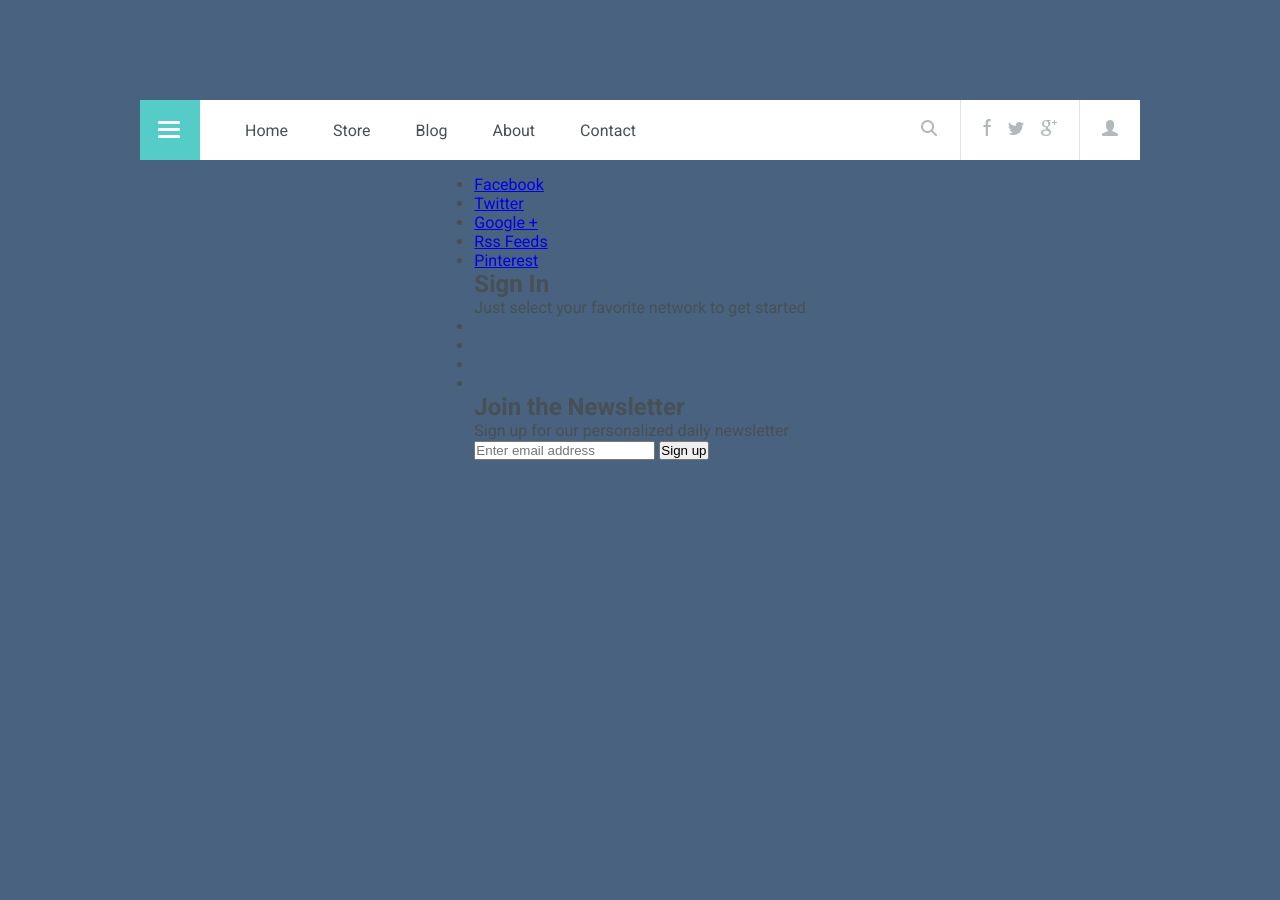
Repository: pawelczubak/WeeklyWebDevChallenge
Page: Challenge_4/index.html
An editor plug-in stored every save of this project. The page is shown before and after the next save, followed by the edit.
The browser window is 1280 px wide. The pictures show the whole page.
Some web libraries are served in a nearby version.

Above is the page before, as saved 2020-04-27 19:29:14.

### Challenge_4/index.html
<!DOCTYPE html>
<html lang="en">

<head>
    <meta charset="UTF-8">
    <meta name="viewport" content="width=device-width, initial-scale=1.0">

    <title>Weekly WebDev Challenge - 4</title>

    <link href="https://fonts.googleapis.com/css2?family=Roboto:wght@300;400;700&display=swap" rel="stylesheet">
    <script src="https://kit.fontawesome.com/f64caa1a2c.js" crossorigin="anonymous"></script>

    <meta name="viewport" content="width = device-width, initial-scale=1, user-scalable=yes">
    <link rel="stylesheet" href="css/main.css">
</head>

<body>
    <div class="container">
        <!--  -----  NAVIGATION START  -----  -->
        <nav class="nav">
            <div class="nav-button">

                <svg xmlns="http://www.w3.org/2000/svg" xmlns:xlink="http://www.w3.org/1999/xlink" width="0.24in"
                    height="0.18in">
                    <path fill-rule="evenodd" fill="rgb(255, 255, 255)"
                        d="M20.653,17.008 L1.347,17.008 C0.603,17.008 -0.000,16.417 -0.000,15.690 L-0.000,15.372 C-0.000,14.644 0.603,14.055 1.347,14.055 L20.653,14.055 C21.397,14.055 22.000,14.644 22.000,15.372 L22.000,15.690 C22.000,16.417 21.397,17.008 20.653,17.008 ZM20.653,9.980 L1.347,9.980 C0.603,9.980 -0.000,9.390 -0.000,8.662 L-0.000,8.344 C-0.000,7.617 0.603,7.027 1.347,7.027 L20.653,7.027 C21.397,7.027 22.000,7.617 22.000,8.344 L22.000,8.662 C22.000,9.390 21.397,9.980 20.653,9.980 ZM20.653,2.952 L1.347,2.952 C0.603,2.952 -0.000,2.362 -0.000,1.635 L-0.000,1.317 C-0.000,0.589 0.603,-0.001 1.347,-0.001 L20.653,-0.001 C21.397,-0.001 22.000,0.589 22.000,1.317 L22.000,1.635 C22.000,2.362 21.397,2.952 20.653,2.952 Z" />
                </svg>

            </div>
            <ul class="nav-list">
                <li class="nav-list__item"><a href="#" class="nav-list__link">Home</a></li>
                <li class="nav-list__item"><a href="#" class="nav-list__link">Store</a></li>
                <li class="nav-list__item"><a href="#" class="nav-list__link">Blog</a></li>
                <li class="nav-list__item"><a href="#" class="nav-list__link">About</a></li>
                <li class="nav-list__item"><a href="#" class="nav-list__link">Contact</a></li>
            </ul>
            <div class="nav-icons">
                <div class="nav-icons__search">
                    <a href="#" class="nav-link__icon">
                        <svg xmlns="http://www.w3.org/2000/svg" xmlns:xlink="http://www.w3.org/1999/xlink"
                            width="0.18in" height="0.17in">
                            <path class="nav-icons__svg" fill-rule="evenodd" fill="rgb(178, 185, 189)"
                                d="M15.728,14.309 L11.786,10.388 C12.600,9.303 13.088,7.963 13.088,6.504 C13.088,2.908 10.157,-0.006 6.541,-0.006 C2.926,-0.006 -0.005,2.908 -0.005,6.504 C-0.005,10.100 2.926,13.014 6.541,13.014 C7.963,13.014 9.275,12.558 10.349,11.793 L14.304,15.726 C14.697,16.117 15.335,16.117 15.728,15.726 C16.121,15.335 16.121,14.700 15.728,14.309 ZM6.541,11.011 C4.038,11.011 2.009,8.994 2.009,6.504 C2.009,4.015 4.038,1.996 6.541,1.996 C9.044,1.996 11.073,4.015 11.073,6.504 C11.073,8.994 9.044,11.011 6.541,11.011 Z" />
                        </svg>
                    </a>
                </div>
                <ul class="nav-icons__social-list">
                    <li class="nav-icons__social-icons">
                        <a href="#" class="nav-link__icon">
                            <svg xmlns="http://www.w3.org/2000/svg" xmlns:xlink="http://www.w3.org/1999/xlink"
                                width="0.09in" height="0.18in">
                                <path class="nav-icons__svg" fill-rule="evenodd" fill="rgb(178, 185, 189)"
                                    d="M7.672,0.063 L6.069,0.063 C6.069,0.063 2.724,-0.188 2.724,3.338 C2.724,4.092 2.724,6.011 2.724,6.011 L0.453,6.011 L0.459,7.910 L2.723,7.910 L2.725,17.002 L5.000,17.002 L5.000,7.910 L7.507,7.910 L8.042,6.011 L5.013,6.011 L5.013,3.266 C5.013,3.266 4.988,2.341 6.072,2.341 L7.662,2.341 L7.672,0.063 Z" />
                            </svg>
                        </a>
                    </li>
                    <li class="nav-icons__social-icons">
                        <a href="#" class="nav-link__icon">
                            <svg xmlns="http://www.w3.org/2000/svg" xmlns:xlink="http://www.w3.org/1999/xlink"
                                width="0.17in" height="0.14in">
                                <path class="nav-icons__svg" fill-rule="evenodd" fill="rgb(178, 185, 189)"
                                    d="M16.027,1.547 C15.437,1.809 14.803,1.985 14.138,2.065 C14.817,1.659 15.338,1.015 15.584,0.250 C14.949,0.625 14.245,0.898 13.497,1.046 C12.897,0.408 12.043,0.009 11.097,0.009 C9.282,0.009 7.810,1.478 7.810,3.291 C7.810,3.547 7.839,3.799 7.895,4.039 C5.163,3.901 2.741,2.595 1.119,0.611 C0.837,1.095 0.674,1.658 0.674,2.259 C0.674,3.398 1.255,4.402 2.137,4.990 C1.598,4.974 1.091,4.825 0.648,4.579 C0.647,4.593 0.647,4.606 0.647,4.621 C0.647,6.211 1.781,7.537 3.285,7.838 C3.009,7.913 2.718,7.953 2.418,7.953 C2.207,7.953 2.000,7.933 1.800,7.894 C2.218,9.198 3.432,10.147 4.871,10.172 C3.746,11.053 2.328,11.578 0.788,11.578 C0.523,11.578 0.261,11.562 0.004,11.531 C1.459,12.462 3.187,13.006 5.043,13.006 C11.089,13.006 14.395,8.006 14.395,3.671 C14.395,3.529 14.393,3.387 14.387,3.246 C15.029,2.783 15.586,2.206 16.027,1.547 Z" />
                            </svg>
                        </a>
                    </li>
                    <li class="nav-icons__social-icons">
                        <a href="#" class="nav-link__icon">
                            <svg xmlns="http://www.w3.org/2000/svg" xmlns:xlink="http://www.w3.org/1999/xlink"
                                width="0.18in" height="0.18in">
                                <path class="nav-icons__svg" fill-rule="evenodd" fill="rgb(178, 185, 189)"
                                    d="M15.006,4.015 L15.006,5.999 L13.966,5.999 L13.966,4.015 L11.997,4.015 L11.997,3.013 L13.966,3.013 L13.966,0.971 L15.006,0.971 L15.006,3.013 L17.010,3.013 L17.010,4.015 L15.006,4.015 ZM8.900,2.055 C9.780,2.557 10.247,3.589 10.247,4.730 C10.247,5.777 9.666,6.620 8.845,7.259 C8.043,7.884 7.891,8.145 7.891,8.676 C7.891,9.129 8.849,9.803 9.290,10.132 C10.823,11.279 11.112,12.000 11.134,13.433 C11.162,15.338 9.199,17.001 6.054,17.001 C3.294,17.001 0.982,15.749 0.982,13.959 C0.982,11.258 2.897,10.385 5.657,10.385 C5.958,10.385 6.233,10.377 6.518,10.377 C6.141,10.013 5.836,9.697 5.836,9.144 C5.836,8.815 5.940,8.501 6.087,8.221 C5.938,8.231 5.785,8.241 5.627,8.241 C3.360,8.241 2.041,6.653 2.041,4.664 C2.041,2.715 4.050,0.969 6.459,0.969 C7.701,0.969 11.208,0.969 11.208,0.969 L10.147,2.055 L8.900,2.055 ZM6.121,11.642 C4.364,11.642 2.912,12.300 2.912,13.538 C2.912,14.799 4.207,15.828 5.999,15.828 C8.520,15.828 9.398,14.865 9.398,13.601 C9.398,13.449 9.394,13.295 9.341,13.156 C8.733,11.642 6.774,11.642 6.121,11.642 ZM8.249,4.923 C8.040,3.342 7.249,2.152 6.035,2.115 C4.820,2.079 3.755,3.182 3.966,4.764 C4.175,6.348 5.330,7.409 6.545,7.446 C7.760,7.481 8.458,6.507 8.249,4.923 Z" />
                            </svg>
                        </a>
                    </li>
                </ul>
                <div class="nav-icons__acount">
                    <a href="#" class="nav-link__icon">
                        <svg xmlns="http://www.w3.org/2000/svg" xmlns:xlink="http://www.w3.org/1999/xlink"
                            width="0.182in" height="0.18in">
                            <path class="nav-icons__svg" fill-rule="evenodd" fill="rgb(178, 185, 189)"
                                d="M15.993,17.030 L1.963,17.030 C1.394,17.030 0.932,16.569 0.932,15.999 L0.932,15.405 C0.932,14.535 1.963,14.374 1.963,14.374 L7.322,11.719 C5.880,10.561 5.056,8.283 5.056,7.156 L5.056,4.578 C5.056,2.871 6.903,0.969 9.181,0.969 C11.459,0.969 13.024,2.871 13.024,4.578 L13.024,7.156 C13.024,8.394 12.208,10.604 10.779,11.729 L15.993,14.374 C15.993,14.374 17.024,14.551 17.024,15.405 L17.024,15.999 C17.024,16.569 16.562,17.030 15.993,17.030 Z" />
                        </svg>
                    </a>
                </div>
            </div>
        </nav>

        <!--  -----  NAVIGATION END  -----  -->

        <!--  -----  MAIN START  -----  -->
        <main class="main">
            <!--  -----  MENU SECTION START  -----  -->
            <section class="menu-section"></section>
            <!--  -----  MENU SECTION END  -----  -->

            <!--  -----  SOCIAL SECTION START  -----  -->
            <section class="social-section">
                <article class="social-section__socials-container">
                    <ul class="socials-container__socials-list">
                        <li class="socials-container__socials-items">
                            <a href="#" class="socials-container__socials-link">Facebook</a>
                        </li>
                        <li class="socials-container__socials-items">
                            <a href="#" class="socials-container__socials-link">Twitter</a>
                        </li>
                        <li class="socials-container__socials-items">
                            <a href="#" class="socials-container__socials-link">Google +</a>
                        </li>
                        <li class="socials-container__socials-items">
                            <a href="#" class="socials-container__socials-link">Rss Feeds</a>
                        </li>
                        <li class="socials-container__socials-items">
                            <a href="#" class="socials-container__socials-link">Pinterest</a>
                        </li>
                    </ul>
                    <div class="socials-container__follow-items">
                        <div class="socials-container__facebook-widget"></div>
                        <div class="socials-container__twitter-widget"></div>
                    </div>
                </article>
                <article class="social-section__sign-in">
                    <h2 class="socials-container__header">Sign In</h2>
                    <p class="sign-in__paragraph">Just select your favorite network to get started</p>
                    <ul class="sign-in__list">
                        <li class="sign-in__item"><a href="#" class="sign-in__link"></a></li>
                        <li class="sign-in__item"><a href="#" class="sign-in__link"></a></li>
                        <li class="sign-in__item"><a href="#" class="sign-in__link"></a></li>
                        <li class="sign-in__item"><a href="#" class="sign-in__link"></a></li>
                    </ul>
                </article>
                <article class="social-section__newsletter">
                    <h2 class="socials-container__header">Join the Newsletter</h2>
                    <p class="newsletter__paragraph">Sign up for our personalized daily newsletter</p>
                    <form action="GET" class="newsletter__form">
                        <input placeholder="Enter email address" type="email" name="email" required
                            class="newsletter__input" autocomplete="off" />
                        <button class="newsletter__button" formenctype="multipart/form-data" type="submit">Sign
                            up</button>
                    </form>
                </article>
            </section>
            <!--  -----  SOCIAL SECTION END  -----  -->
        </main>
        <!--  -----  MAIN END  -----  -->


    </div>

    <script src="js/main.js" type="text/javascript"></script>
</body>

</html>

### Challenge_4/css/main.css
*,
*::after,
*::before {
    box-sizing: border-box;
    margin: 0;
    padding: 0;
}

/*------------------  GLOBAL START  ------------------*/
body {
    margin: 0;
    padding: 0;
    font: 16px 'Roboto', sans-serif;
    color: #475055;
    background-color: #49627f;
}

.container {
    max-width: 1000px;
    min-height: 700px;
    margin: 100px auto;
    overflow: hidden;
}

/*------------------  GLOBAL END  ------------------*/
/*------------------  NAV START  ------------------*/
.nav {
    position: relative;
    display: flex;
    justify-content: left;
    width: 100%;
    height: 60px;
    background-color: #ffffff;
    margin-bottom: 15px;
}

.nav-button {
    display: flex;
    align-items: center;
    justify-content: center;
    background-color: #56ccc8;
    width: 60px;
    cursor: pointer;
    pointer-events: none;
}

.nav-button:hover {
    background-color: #56ddd8;
}

.nav-list {
    display: flex;
    list-style: none;

}

.nav-list__item {
    padding-left: 45px;
    display: flex;
    align-items: center
}

.nav-list__link {
    text-decoration: none;
    color: #475055;
}

.nav-list__link:hover {
    color: #56ccc8;
}

.nav-icons {
    display: flex;
    align-items: center;
    margin-left: auto;
}

.nav-icons__search {
    width: 60px;
    display: flex;
    justify-content: center;
}

.nav-link__icon {}

.nav-icons__social-list {
    position: relative;
    display: flex;
    height: 100%;
    justify-content: space-around;
    align-items: center;
    width: 120px;
    padding: 0 15px;
}

.nav-icons__social-list::before,
.nav-icons__social-list::after {
    position: absolute;
    content: '';
    top: 0;
    height: 100%;
    width: 1px;
    background-color: #dde2e4;
}

.nav-icons__social-list::after {
    left: 0;
}

.nav-icons__social-list::before {
    right: 0;
}

.nav-icons__social-icons {
    list-style: none;
}

.nav-icons__acount {
    width: 60px;
    display: flex;
    justify-content: center;
}

.nav-link__icon:hover .nav-icons__svg {
    fill: #152840;
}

/*------------------  NAV END  ------------------*/
/*------------------  MAIN START  ------------------*/
.main {
    display: flex;

    width: 100%;

}

/*------------------  MENU SECTION START  ------------------*/
.menu-section {
    flex-grow: 1;
    /*    !!!!!!!!!!  ONLY FOR TEST !!!!!! */
    heignt: 500px;
}

/*------------------  MENU SECTION END  ------------------*/
/*------------------  SOCIAL SECTION START  ------------------*/
.social-section {
    flex-grow: 1;
}

/*------------------  SOCIAL SECTION END  ------------------*/

/*------------------  MAIN END  ------------------*/

/*------------------  MEDIAQUERY START  ------------------*/

@media screen and (max-width: 1024px) {
    .container {
        max-width: 95%;
    }
}

@media screen and (max-width: 800px) {
    .container {
        margin: 15px auto;
    }

    /*------------------  NAV START  ------------------*/
    .nav-button {
        pointer-events: all;
    }

    .nav-list {
        position: absolute;
        flex-direction: column;
        background-color: #ffffff;
        width: 50%;
        top: 60px;
        left: 0;
        height: 500px;
        justify-content: space-around;
        align-items: center;
        transform: translateX(-101%);
        transition: all 0.2s ease-in;
    }

    .nav-list__item {
        opacity: 0;
        padding: 0;
    }

    /*------------------  NAV END  ------------------*/
}

.nav-list--active {
    transform: translateX(0%);
}

/*------------------  MEDIAQUERY END  ------------------*/

/*------------------  ANIMATIONS  ------------------*/
@keyframes navLinkFade {
    from {
        opacity: 0;
        transform: translateX(-50px);
    }

    to {
        opacity: 1;
        transform: translateX(0px);
    }
}

### Challenge_4/js/main.js
const navSlide = () => {
    const burger = document.querySelector('.nav-button');
    const nav = document.querySelector('.nav-list');
    const navLinks = document.querySelectorAll('.nav-list__item');



    burger.addEventListener('click', () => {
        //Toggle nav
        nav.classList.toggle('nav-list--active');

        //Animate links
        navLinks.forEach((link, index) => {
            if (link.style.animation) {
                link.style.animation = ''
            } else {
                link.style.animation = `navLinkFade 0.5s ease forwards ${index / 7 + 0.2}s`;
            }

        });
    });


}

navSlide();

After the next save:
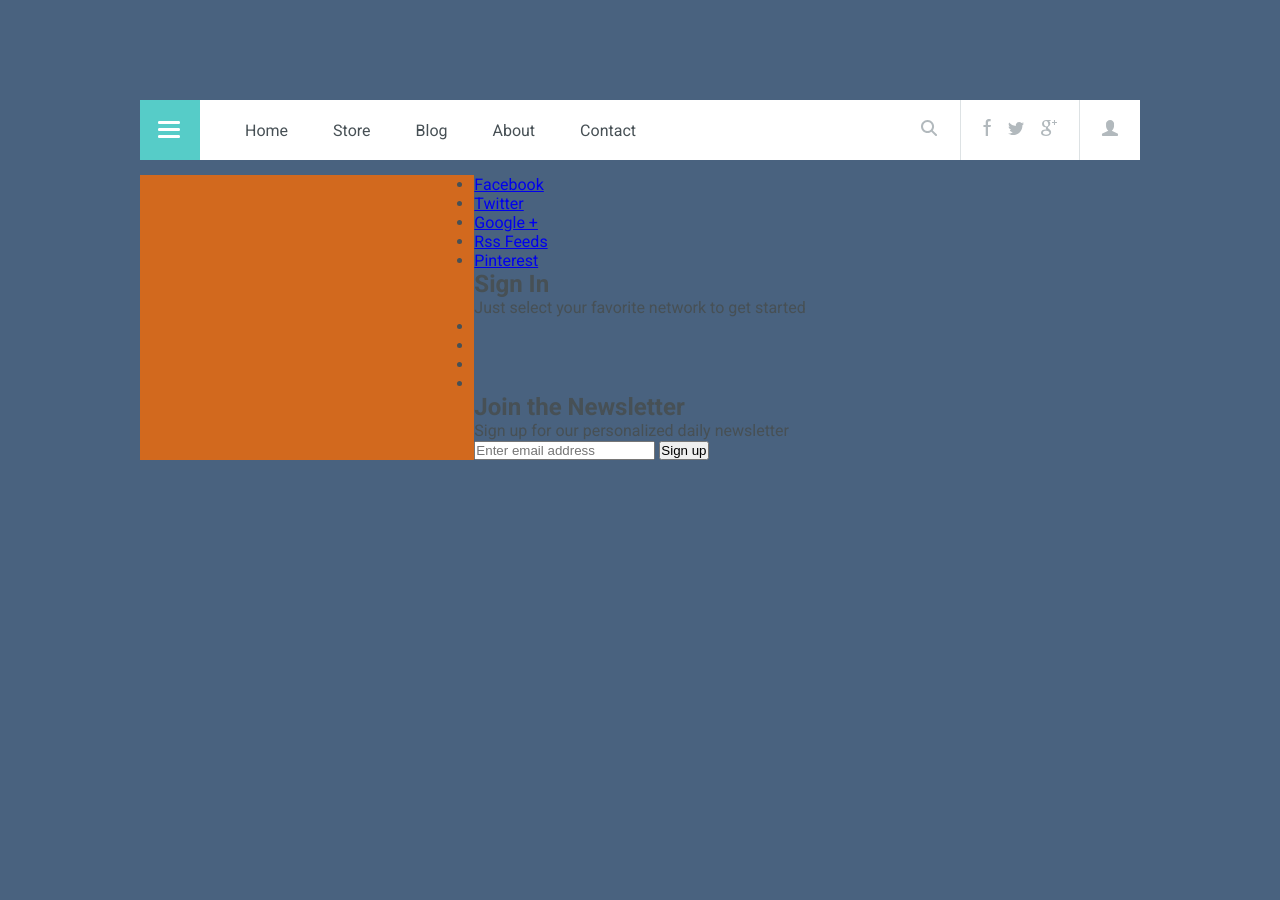
Saved 20 s later.
--- a/Challenge_4/css/main.css
+++ b/Challenge_4/css/main.css
@@ -139,6 +139,7 @@ body {
     flex-grow: 1;
     /*    !!!!!!!!!!  ONLY FOR TEST !!!!!! */
     heignt: 500px;
+    background-color: chocolate;
 }
 
 /*------------------  MENU SECTION END  ------------------*/
